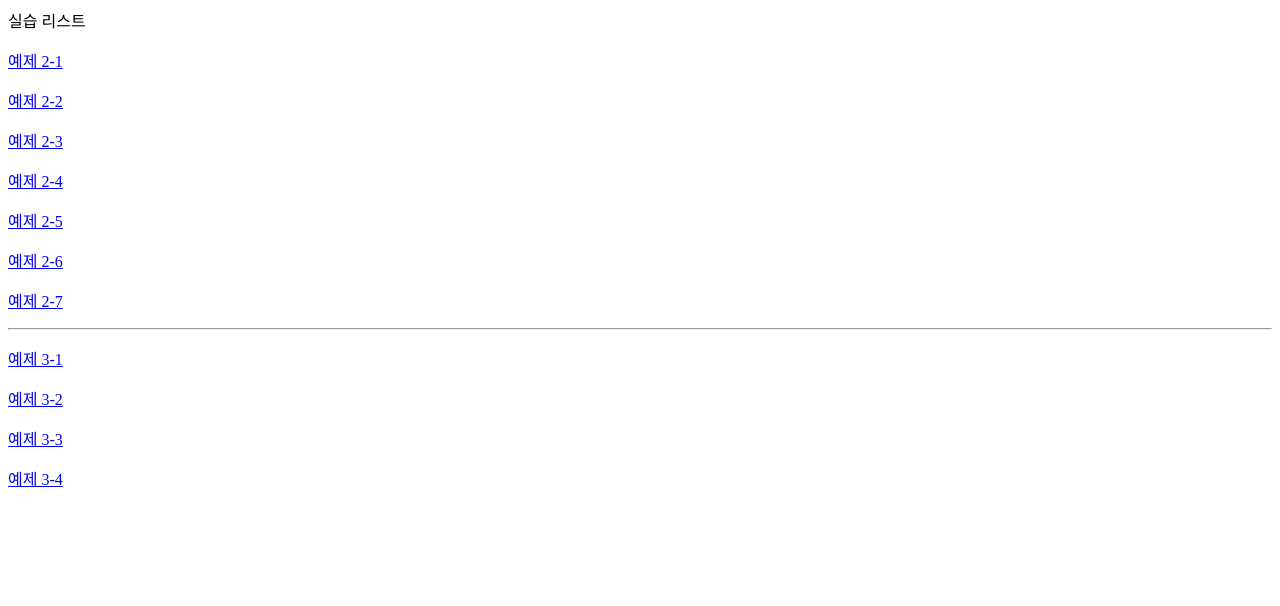
Repository: ezooo/JSP
Page: http://localhost/jspbook/
An editor plug-in stored every save of this project. The page is shown before and after the next save, followed by the edit.
The browser window is 1280 px wide. The pictures show the whole page.
The page is served by Tomcat 10. Other server files are loaded and not shown.

Above is the page before, as saved 2024-10-08 05:56:54.

### jspbook/src/main/webapp/index.jsp
<%@ page language="java" contentType="text/html; charset=UTF-8"
    pageEncoding="UTF-8"%>
<!DOCTYPE html>
<html>
<head>
<meta charset="UTF-8">
<title>Insert title here</title>
</head>
<body>
	실습 리스트
	<p><a href="2_1">예제 2-1</a></p>
	<p><a href="2_2">예제 2-2</a></p>
	<p><a href="2_3">예제 2-3</a></p>
	<p><a href="2_4">예제 2-4</a></p>
	<p><a href="2_5">예제 2-5</a></p>
	<p><a href="2_6">예제 2-6</a></p>
	<p><a href="2_7">예제 2-7</a></p>
	<hr>
	<p><a href="3_1">예제 3-1</a></p>
	<p><a href="3_2">예제 3-2</a></p>
	<p><a href="3_3">예제 3-3</a></p>
	<p><a href="3_4">예제 3-4</a></p>
</body>
</html>

After the next save:
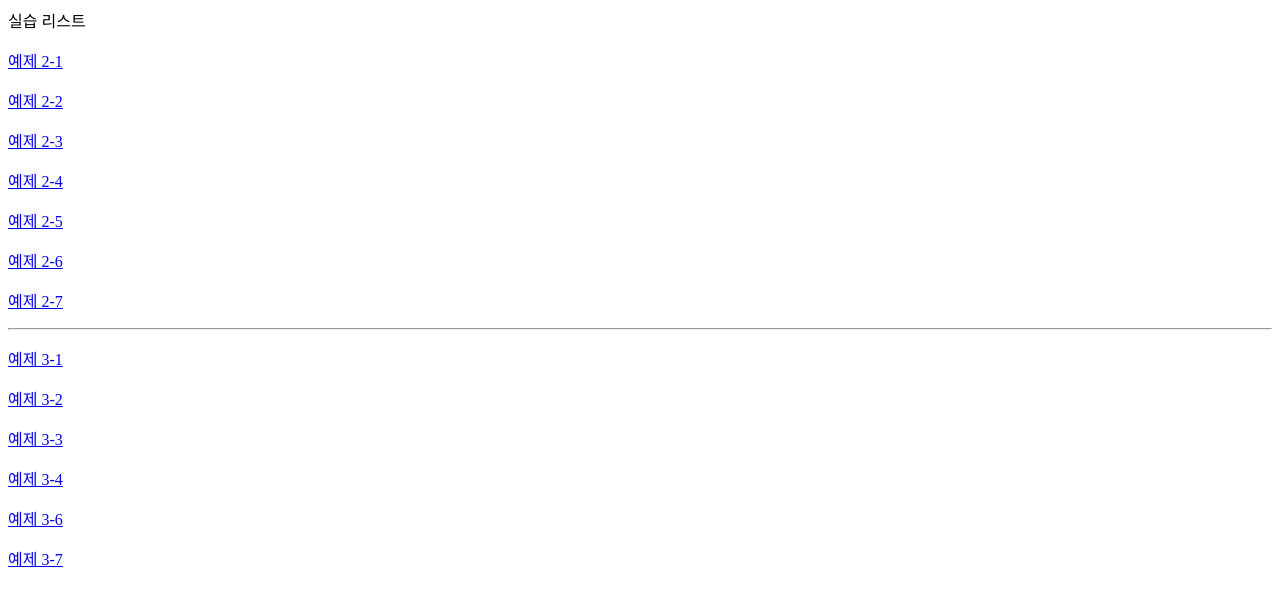
Saved 21 min 1 s later.
--- a/jspbook/src/main/webapp/index.jsp
+++ b/jspbook/src/main/webapp/index.jsp
@@ -20,5 +20,7 @@
 	<p><a href="3_2">예제 3-2</a></p>
 	<p><a href="3_3">예제 3-3</a></p>
 	<p><a href="3_4">예제 3-4</a></p>
+	<p><a href="3_6">예제 3-6</a></p>
+	<p><a href="3_7">예제 3-7</a></p>
 </body>
 </html>
